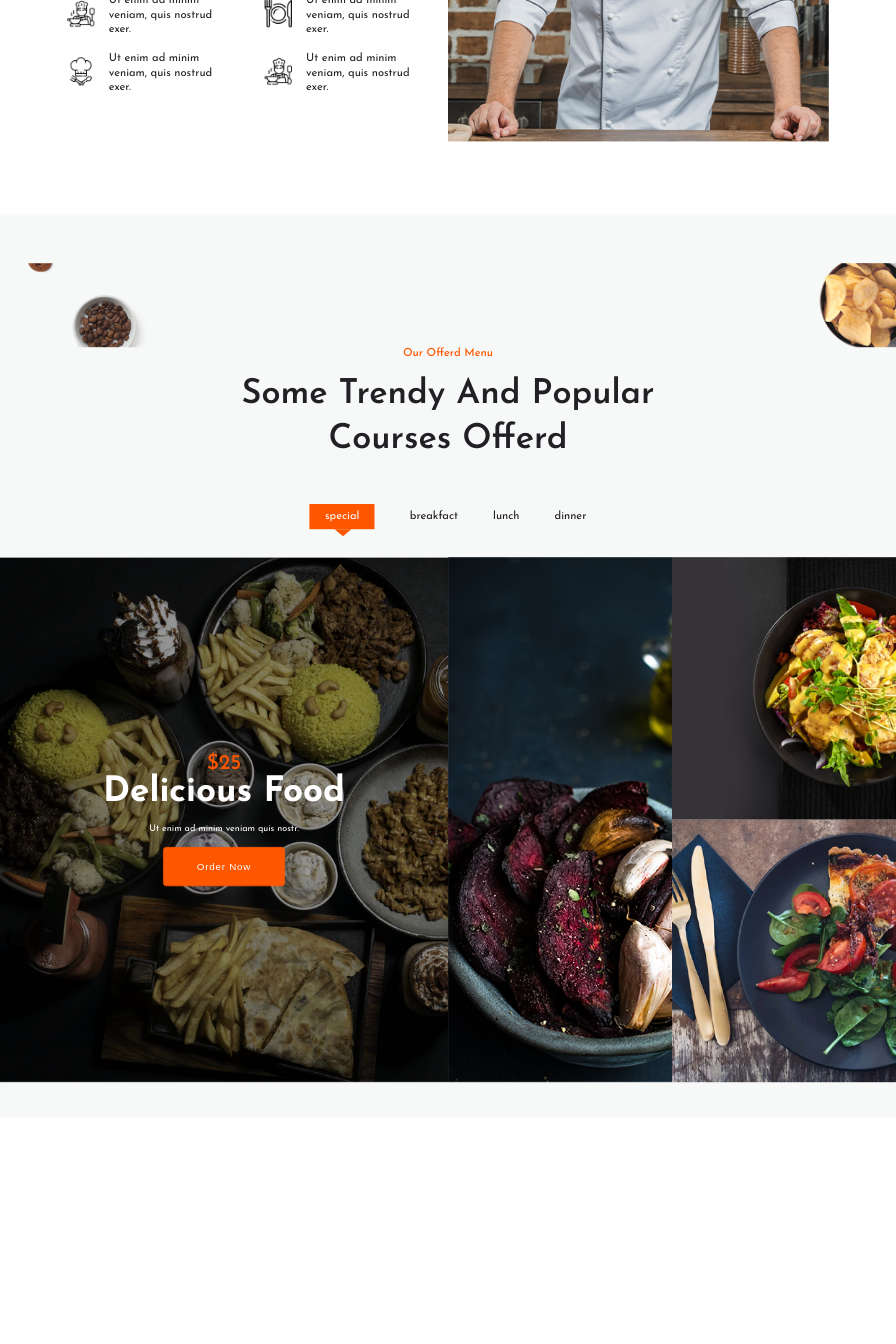
Repository: Ebtehal18/food
Page: index.html
The author's editor kept a copy of each file at every save. The page is drawn from the files as they stood at one save, then again after the next save.
The browser window is 1280 px wide. The pictures show the part of the page from y = 1630 to 3550 px (the page is 10000 px tall), at 70% of full size.

Above is the page before, as saved 2024-01-18 15:12:53.

### index.html
<!DOCTYPE html>
<html lang="en">
  <head>
    <meta charset="UTF-8" />
    <meta name="viewport" content="width=device-width, initial-scale=1.0" />
    <title>Food All</title>
    <link rel="preconnect" href="https://fonts.googleapis.com">
    <link rel="preconnect" href="https://fonts.gstatic.com" crossorigin>
    <link href="https://fonts.googleapis.com/css2?family=Josefin+Sans:wght@200;300;400;500;600;700&display=swap" rel="stylesheet">
    <link rel="stylesheet" href="asessets/css/style.css" />
    <link rel="stylesheet" href="asessets/css/External/all.min.css" />
  </head>
  <body>
    <!-- nav bar -->
    <header class="header">
      <div class="logo"><img src="asessets/imgs/logo.png" alt="logo" /></div>
      <label for="checkbox"><i class="fa-solid fa-bars"></i></label>
      <input type="checkbox" id="checkbox">
      <nav class="nav">
        <ul class="nav-list">
          <li class="list-item"><a href="#">Home</a></li>
          <li class="list-item"><a href="#">About</a></li>
          <li class="list-item"><a href="#">Menu</a></li>
          <li class="list-item">
            <a href="#">Blog</a>
            <ul class="dropdown-list">
              <li class="dropdown-item"><a href="#">Blog</a></li>
              <li class="dropdown-item"><a href="#">Blog Details</a></li>
              <li class="dropdown-item"><a href="#">Element</a></li>
            </ul>
          </li>
          <li class="list-item"><a href="#">Contact</a></li>
        </ul>
      </nav>
      <button class="btn btn-nav">Order Online</button>
    </header>

    <!-- hero -->

    <section class="hero">
      <div class="container">
        <div class="row">
         <div class="hero-content">
           <span class="span">Discover Your Teste</span>
          <h1>We belive good food offer great smile</h1>
          <p>
            Ut enim ad minim veniam, quis nostrud exercitation ullamco laboris
            nisi ut aliquip ex ea commodo consequat is aute irure.
          </p>
          <button class="btn-hero">Resurvation</button>
        </div>
          </div>
        </div>
      </div>
    </section>

  <!-- about -->
    <section class="about">
      <div class="container">
        <div class="row">
        <div class="about-content">
          <span class="span">Discover Your Teste</span>
          <h2>We Provide Good Food For Your Family!</h2>
          <p>Ut enim acgsd minim veniam, quxcis nostrud exercitation ullamco laboris nisi ufsit aliquip ex ea commodo consequat is aute irure m, quis nostrud exer.</p>
          <div class="row">
        <div class="about-detail">
          <div class="about-icon">
            <img src="asessets/imgs/cooking.png" alt="cooking">
          </div>
        <p>Ut enim ad minim veniam, quis nostrud exer.</p>
      </div>
        <div class="about-detail">
          <div class="about-icon">
            <img src="asessets/imgs/restaurant.png" alt="cooking">
          </div>
        <p>Ut enim ad minim veniam, quis nostrud exer.</p>
      </div>
        <div class="about-detail">
          <div class="about-icon">
            <img src="asessets/imgs/chef.png" alt="cooking">
          </div>
        <p>Ut enim ad minim veniam, quis nostrud exer.</p>
      </div>
        <div class="about-detail">
          <div class="about-icon">
            <img src="asessets/imgs/cooking.png" alt="cooking">
          </div>
        <p>Ut enim ad minim veniam, quis nostrud exer.</p>
      </div>
          </div>
        </div>
        <div class="about-img">
          <img src="asessets/imgs/about.png" alt="chef's img">
        </div>
        </div>
      </div>
    </section>
    <!-- menu -->
    <section class="menu">
      <div class="menu"></div>
      <div class="container">
        <div class="menu-heading">
          <span class="span">Our Offerd Menu</span>
          <h2>Some Trendy And Popular Courses Offerd</h2>
          <ul class="list-menu">
            <li class="meanu-item"><a href="#">special</a></li>
            <li  class="meanu-item"><a href="#">breakfact</a></li>
            <li  class="meanu-item"><a href="#">lunch</a></li>
            <li  class="meanu-item"><a href="#">dinner</a></li>
          </ul>
        </div>


      </div>
      <div class="grid-menu">
        <div class="menu-img">
          <div class="overlay">
            <span class="span">$25</span>
            <h2>Delicious Food</h2>
            <p>Ut enim ad minim veniam quis nostr.</p>
            <button class="btn-hero">Order Now</button>
          </div>
        </div>
        <div class="menu-img"></div>
        <div class="menu-img"></div>
        <div class="menu-img"></div>

      </div>
    </section>

  </body>
</html>

### asessets/css/style.css
/*
=======================================================
          public styles
======================================================= */
*,
*::after,
*::before {
  margin: 0;
  padding: 0;
  box-sizing: border-box;
}
html,
body {
  overflow-x: hidden;
}
body {
  font-family: "Josefin Sans", sans-serif;
  color: #141517;
  height: 10000px;
}
a {
  text-decoration: none;
}
li {
  list-style: none;
}
.container {
  width: 85%;
  margin: auto;
}
.row {
  display: flex;
  justify-content: space-between;
  align-items: flex-start;
}
.span {
  color: #ff5600;
  font-size: 16px;
  font-weight: 500;
  display: inline-block;
}

@media (max-width: 767px) {
  .row {
    flex-flow: column wrap;
  }
}

/*
=====================================================
            end public styles
=====================================================
 */

/* ===============
        navbar
 ================= */
.header {
  z-index: 999;
  display: flex;
  background-color: #fff;
  position: fixed;
  justify-content: space-around;
  align-items: center;
  top: 0;
  padding: 20px 65px;
  width: 100%;
}
.header .logo {
  width: 46%;
}
.header .nav .nav-list .list-item {
  padding: 0 30px;
  display: inline-block;
}
.header .nav .nav-list .list-item a {
  color: #141517;
  font-weight: 400;
  font-size: 16px;
  text-decoration: none;
}
.header .nav .nav-list .list-item a:hover {
  color: #ff5600;
}
.header .nav .nav-list .list-item:nth-child(4) {
  position: relative;
}
.header .nav .list-item .dropdown-list {
  padding: 10px 15px;
  background-color: #fff;
  position: absolute;
  top: 44px;
  left: -4px;
  opacity: 0;
  transition: all 0.4s ease-in;
  -webkit-transition: all 0.4s ease-in;
  -moz-transition: all 0.4s ease-in;
  -ms-transition: all 0.4s ease-in;
  -o-transition: all 0.4s ease-in;
}
.header .nav .nav-list .list-item:nth-child(4):hover .dropdown-list {
  opacity: 1;
  top: 63px;
}

.header .nav .list-item .dropdown-list li {
  width: 140px;
  display: inline-block;
  margin-bottom: 20px;
}
.header .btn {
  position: relative;
  z-index: 1;
  cursor: pointer;
  color: #464d65;
  outline: none;
  border: 1px solid #ff5600;
  font-size: 14px;
  font-weight: 500;
  background-color: transparent;
  padding: 19px 47px;
  border-radius: 5px;
  -webkit-border-radius: 5px;
  -moz-border-radius: 5px;
  -ms-border-radius: 5px;
  -o-border-radius: 5px;
  transition: all 0.4s ease-in;
  -webkit-transition: all 0.4s ease-in;
  -moz-transition: all 0.4s ease-in;
  -ms-transition: all 0.4s ease-in;
  -o-transition: all 0.4s ease-in;
}
.header .btn::before {
  background-color: #ff5600;
  position: absolute;
  content: "";
  top: 0;
  left: 0;
  height: 0%;
  width: 100%;
  z-index: -1;
  transition: all 0.4s ease-in;
  -webkit-transition: all 0.4s ease-in;
  -moz-transition: all 0.4s ease-in;
  -ms-transition: all 0.4s ease-in;
  -o-transition: all 0.4s ease-in;
}
.header .btn:hover {
  color: #fff;
}
.header .btn:hover::before {
  height: 100%;
}
.header input,
label {
  display: none;
}
@media (max-width: 1100px) {
  .header .logo {
    width: 20%;
  }
}

@media (max-width: 991px) {
  .header {
    justify-content: space-between;
    padding: 10px 20px;
  }
  .header .logo {
    width: 84%;
  }
  .header nav .nav-list {
    display: none;
  }
  .header .nav-list {
    padding: 20px 0;
    left: 0;
    right: 0;
    background-color: #ffb400fa;
    position: absolute;
    top: 100%;
  }

  .header .nav .nav-list .list-item {
    margin-bottom: 20px;
    padding: 0 30px;
    display: block;
  }
  .header .nav .nav-list .list-item a {
    color: #fff;
  }

  .header .nav .nav-list .list-item:nth-child(4):hover .dropdown-list {
    border-radius: 5px;
    left: 30px;
    top: 23px;
    background-color: #ff5600;
    -webkit-border-radius: 5px;
    -moz-border-radius: 5px;
    -ms-border-radius: 5px;
    -o-border-radius: 5px;
  }
  .header .nav .list-item .dropdown-list li {
    display: block;
  }
  .header .nav .list-item .dropdown-list a,
  .header .nav .list-item .dropdown-list a:hover {
    color: #fff;
  }
  .header .btn {
    display: none;
  }
  .header label {
    display: block;
  }
  .header label i {
    font-size: 24px;
  }
  .header input:checked + nav .nav-list {
    display: block;
  }
}

/* ===============
       end  navbar
 ================= */
/* ===============
       hero
 ================= */
.hero {
  display: flex;
  width: 100%;
  height: 1080px;
  background-image: url(../imgs/h1_hero.png);
  background-size: cover;
  background-position: bottom;
}

/* .hero .hero-content {
  margin-top: -237px;
} */

.hero .hero-content h1 {
  margin-top: 40px;
  font-weight: 700;
  color: #212025;
  font-size: 87px;
  width: 80%;
  line-height: 1.4;
}
.hero .hero-content p {
  font-weight: 400;
  margin-bottom: 30px;
  line-height: 1.3;
  width: 44%;
  color: #212025;
  font-size: 16px;
}
 .btn-hero {
  letter-spacing: 1.1px;
  position: relative;
  z-index: 1;
  cursor: pointer;
  color: #fff;
  outline: none;
  border: 1px solid #ff5600;
  font-size: 14px;
  font-weight: 500;
  background-color: #ff5600;
  padding: 19px 47px;
  border-radius: 5px;
  -webkit-border-radius: 5px;
  -moz-border-radius: 5px;
  -ms-border-radius: 5px;
  -o-border-radius: 5px;
  transition: all 0.4s ease-in;
  -webkit-transition: all 0.4s ease-in;
  -moz-transition: all 0.4s ease-in;
  -ms-transition: all 0.4s ease-in;
  -o-transition: all 0.4s ease-in;
}
 .btn-hero::before {
  z-index: -1;
  content: "";
  background-color: rgba(0, 0, 0, 0.6);
  top: 0;
  left: 0;
  width: 0;
  height: 100%;
  position: absolute;
  transition: all 0.4s;
  -webkit-transition: all 0.4s;
  -moz-transition: all 0.4s;
  -ms-transition: all 0.4s;
  -o-transition: all 0.4s;
}
.btn-hero:hover::before {
  filter: grayscale(50%);
  width: 100%;
  -webkit-filter: grayscale(50%);
}
@media (max-width: 1100px) {
  .hero .hero-content {
    margin: 0;
  }
  .hero .hero-content h1 {
    font-size: 60px;
  }
}

@media (max-width: 991px) {
  .hero {
    height: 700px;
  }
  .hero .hero-content {
    margin: 0;
    padding: 206px 0 100px;
  }
  .hero .hero-content .span {
    margin-bottom: 40px;
  }
  .hero .hero-content h1 {
    width: 88%;
    font-size: 50px;
    margin-bottom: 40px;
  }
  .hero .hero-content p {
    line-height: 1.4;
    width: 74%;
  }
}

@media (max-width: 767px) {
  .hero {
    height: 600px;
  }
  .hero .hero-content {
    padding: 100px 0 0;
    margin: 0;
  }
  .hero .hero-content span {
    margin-bottom: 20px;
  }
  .hero .hero-content h1 {
    font-size: 27px;
    width: 100%;
    margin-bottom: 30px;
  }
  .hero .hero-content p {
    margin-bottom: 20px;
    width: 100%;
  }
}

/* about */
.about {
  padding: 100px 0;
}
.about .container .row {
  align-items: center;
}
.about .about-content {
  width: 50%;
}
.about .about-content h2 {
  margin: 15px 0 20px;
  color: #212025;
  font-size: 49px;
  font-weight: 600;
  line-height: 1.4;
  width: 83%;
}
.about .about-content p {
  width: 77%;
  color: #212025;
  font-size: 16px;
  font-weight: 400;
  line-height: 1.3;
}
.about .about-content .row {
  margin-top: 50px;
  display: grid;
  grid-template-columns: repeat(2, 1fr);
  gap: 20px;
}
.about .about-content .row .about-detail {
  display: flex;
  gap: 20px;
  align-items: center;
}
.about .about-content .row .about-detail p {
  width: 69%;
}

.about .row .about-detail .about-icon {
  width: 15%;
}
.about .row .about-detail .about-icon img,
.about .about-img img {
  width: 100%;
}
.about .about-img {
  width: 50%;
}
@media (max-width: 991px) {
  .about {
    padding: 50px 0;
  }
  .about .row {
    flex-flow: row wrap;
  }
  .about .about-content {
    width: 100%;
  }
  .about .about-content h2 {
    width: 100%;
    font-size: 27px;
  }
  .about .about-content .row {
    margin-top: 25px;
    display: grid;
    grid-template-columns: repeat(2, 1fr);
    gap: 20px;
  }
  .about .about-img {
    margin-top: 20px;
    width: 100%;
  }
}

@media (max-width: 767px) {
  .about {
    padding: 40px 0;
  }
  .about .about-content {
    width: 100%;
  }
  .about .about-content h2 {
    width: 100%;
    font-size: 27px;
  }
  .about .about-content .row {
    margin-top: 25px;
    display: grid;
    grid-template-columns: repeat(1, 1fr);
    gap: 20px;
  }
  .about .about-img {
    margin-top: 20px;
    width: 100%;
  }
}
/* menu */
.menu {
  background-image: url(../imgs/section_bg01.png);
  background-size: cover;
  background-position: center center;
  padding: 70px 0 50px;
}
.menu .menu-heading {
  text-align: center;
}
/* .menu .menu-heading span {
  margin-bottom: 20px;
} */
.menu .menu-heading h2 {
  line-height: 1.3;
  margin: auto;
  width: 59%;
  color: #212025;
  font-size: 49px;
  font-weight: 600;
  margin-top: 20px;
}
.menu .menu-heading .list-menu {
  margin-top: 70px;
  display: flex;
  justify-content: center;
  gap: 50px;
}
}
.menu .menu-heading .list-menu li a{
  text-transform: uppercase;

}

.menu .menu-heading .list-menu li:not(:first-child) a {
  z-index: 1;
  font-weight: 400;
  font-size: 16px;
  color: #1b1b1b;
  text-decoration: none;
}

.menu .menu-heading .list-menu li:first-child a {
  background-color: #ff5600;
  padding: 10px 22px;
  position: relative;
  color: #fff;
}
.menu .menu-heading .list-menu li:first-child a::before {
  top: 36px;
  left: 38%;
  content: "";
  position: absolute;
  width: 0;
  height: 0;
  border-bottom: 12px solid transparent;
  border-top: 10px solid #ff5600;
  border-left: 12px solid transparent;
  border-right: 12px solid transparent;
}



.menu .grid-menu{
  margin-top: 50px;
  display: grid;
  grid-template-columns: repeat(4,1fr);
  grid-template-rows: repeat(2,1fr);
}
.menu .grid-menu .menu-img {
  overflow: hidden;
  position: relative;
}
.menu .grid-menu .menu-img .overlay{
 width: 100%;
 height: 100%;
 display: flex;
 align-items: center;
 justify-content: center;
 flex-direction: column;
 position: absolute;
 z-index: 1;
 text-align: center;
  background-color: rgba(0, 0, 0, 0.4);
 /* opacity: 0; */
 transition:all 0.3s ease-in ;
 -webkit-transition:all 0.3s ease-in ;
 -moz-transition:all 0.3s ease-in ;
 -ms-transition:all 0.3s ease-in ;
 -o-transition:all 0.3s ease-in ;
 /* bottom: -500px; */
}
.menu .grid-menu .menu-img:hover .overlay{
  /* bottom: 0;
  opacity: 1; */
  animation-name: animation;
  animation-duration: 0.4s;
  /* animation-iteration-count: infinite; */
}
@keyframes animation {
  0%{
    opacity: 1;
    bottom: 0;
  }
  100%{
    opacity: 1;
    bottom: 0;
  }
}

.menu .grid-menu .menu-img .overlay .span{
  font-size: 30px;
}
.menu .grid-menu .menu-img .overlay h2{
  color: #fff;
font-size: 50px;
font-weight: 700;
margin-bottom: 20px;

}
.menu .grid-menu .menu-img .overlay p{
      margin-bottom: 20px;
      color: #fff;
      font-size: 13px;
}

.menu .grid-menu .menu-img:nth-child(1){
  grid-column: 1/3;
  grid-row: 1/-1;
  background-image: url(../imgs/gallery1.png);
  background-size: cover;
  background-position: bottom;
  min-height: 730px;
}

.menu .grid-menu .menu-img:nth-child(2){
  background-image: url(../imgs/gallery2.png);
  background-size: cover;
  background-position: left;
  min-height: 730px;
  grid-row: 1/-1;

}
.menu .grid-menu .menu-img:nth-child(3) {
  background-image: url(../imgs/gallery3.png);
  background-size: cover;
  background-position: left;
  min-height: 375px;

}
.menu .grid-menu .menu-img:nth-child(4) {
  background-image: url(../imgs/gallery4.png);
  background-size: cover;
  background-position: left;
  min-height: 375px;
}
.menu .grid-menu .menu-img:nth-child(1):hover{


}

Loaded but not shown: asessets/css/External/all.min.css (library)

After the next save:
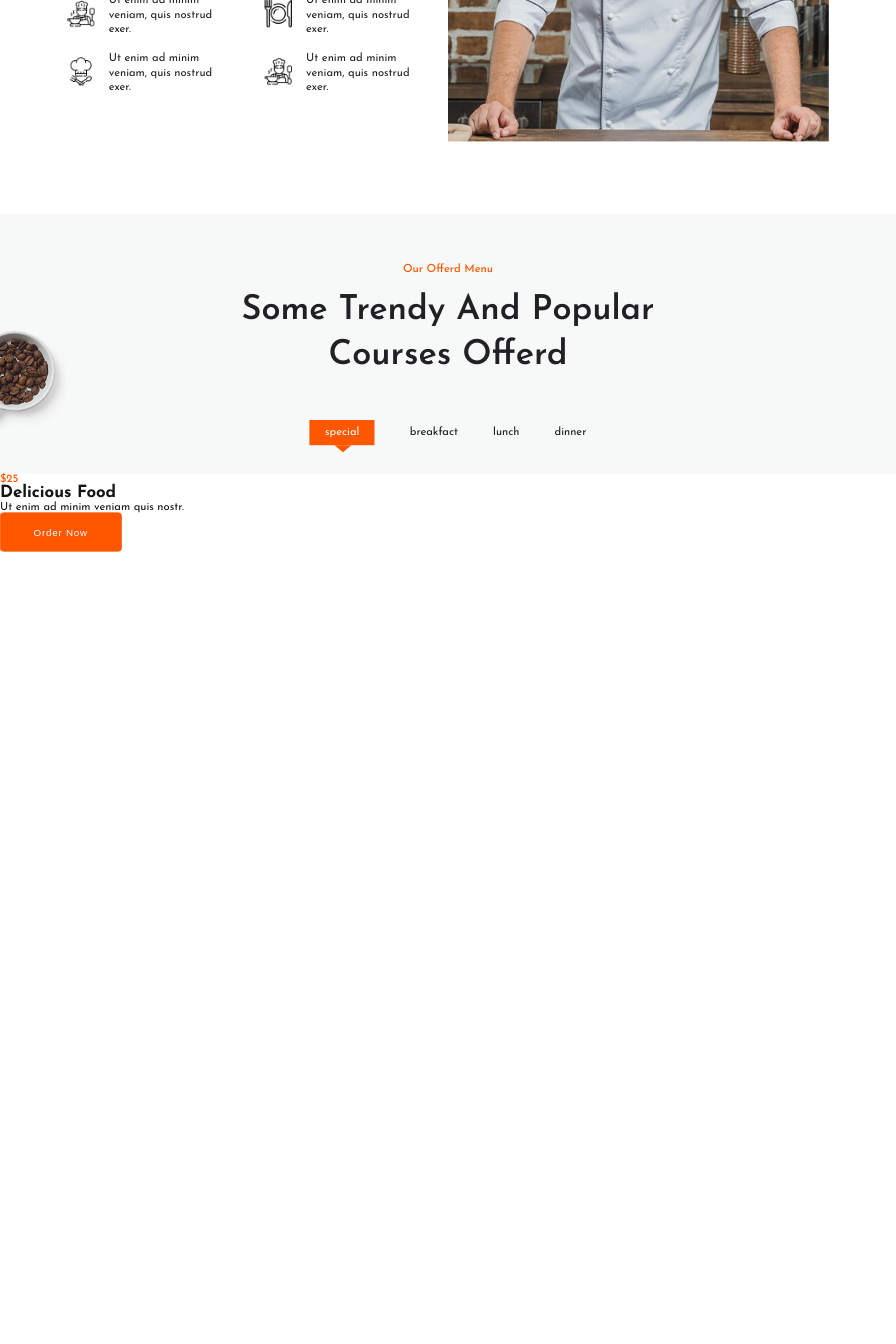
Saved 30 s later.
--- a/index.html
+++ b/index.html
@@ -96,9 +96,9 @@
       </div>
     </section>
     <!-- menu -->
-    <section class="menu">
-      <div class="menu"></div>
-      <div class="container">
+    <section class="menu-sec">
+      <div class="menu">
+         <div class="container">
         <div class="menu-heading">
           <span class="span">Our Offerd Menu</span>
           <h2>Some Trendy And Popular Courses Offerd</h2>
@@ -112,6 +112,7 @@
 
 
       </div>
+    </div>
       <div class="grid-menu">
         <div class="menu-img">
           <div class="overlay">
